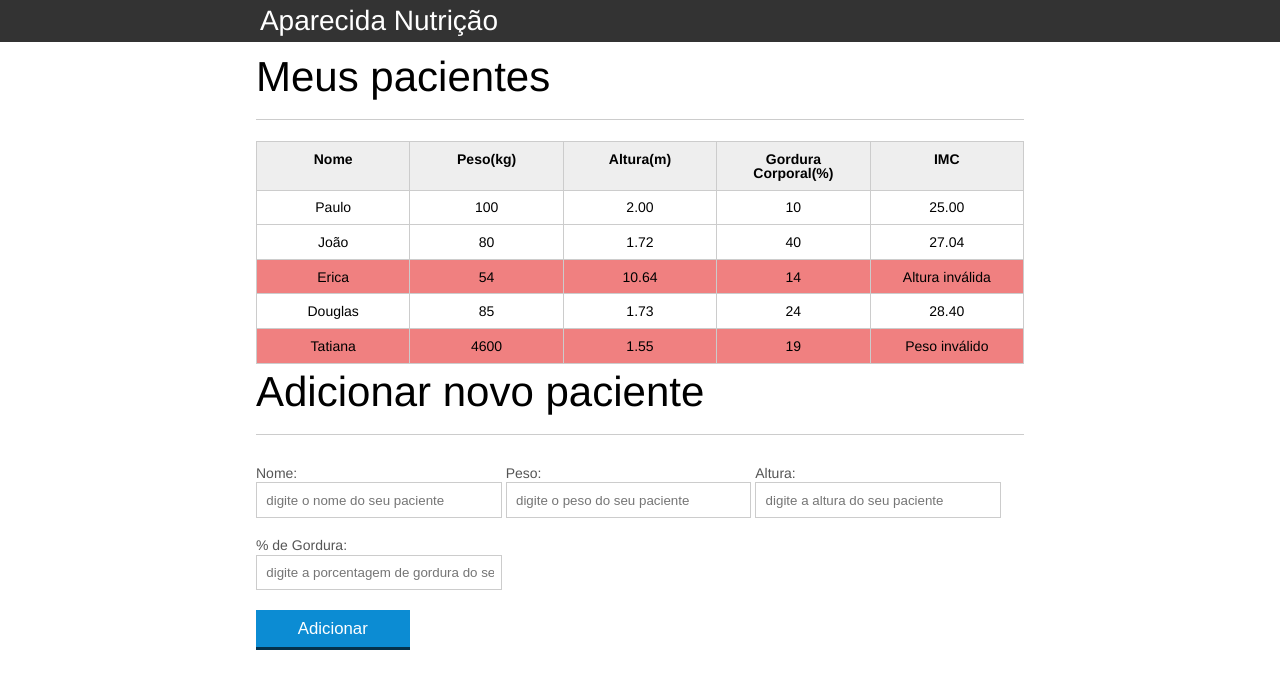
Repository: prof-fernando-alves/introducao-javascript
Page: index.html
The author's editor kept a copy of each file at every save. The page is drawn from the files as they stood at one save, then again after the next save.
The browser window is 1280 px wide. The pictures show the whole page.

Above is the page before, as saved 2021-10-26 21:13:36.

### index.html
<!DOCTYPE html>
<html lang="pt-br">
	<head>
		<meta charset="UTF-8">
		<title>Aparecida Nutrição</title>
		<link rel="icon" href="favicon.ico" type="image/x-icon">
		<link rel="stylesheet" type="text/css" href="css/reset.css">
		<link rel="stylesheet" type="text/css" href="css/index.css">

	</head>
	<body>

		<header>
			<div class="container">
				<h2 class="titulo">Aparecida Nutrição</h2>
			</div>
		</header>
		<main>
			<section class="container">
				<h2>Meus pacientes</h2>
				<table>
					<thead>
						<tr>
							<th>Nome</th>
							<th>Peso(kg)</th>
							<th>Altura(m)</th>
							<th>Gordura Corporal(%)</th>
							<th>IMC</th>
						</tr>
					</thead>
					<tbody id="tabela-pacientes">
						<tr class="paciente" id="primeiro-paciente">
							<td class="info-nome">Paulo</td>
							<td class="info-peso">100</td>
							<td class="info-altura">2.00</td>
							<td class="info-gordura">10</td>
							<td class="info-imc">0</td>
						</tr>

						<tr class="paciente" >
							<td class="info-nome">João</td>
							<td class="info-peso">80</td>
							<td class="info-altura">1.72</td>
							<td class="info-gordura">40</td>
							<td class="info-imc">0</td>
						</tr>

						<tr class="paciente" >
							<td class="info-nome">Erica</td>
							<td class="info-peso">54</td>
							<td class="info-altura">10.64</td>
							<td class="info-gordura">14</td>
							<td class="info-imc">0</td>
						</tr>

						<tr class="paciente">
							<td class="info-nome">Douglas</td>
							<td class="info-peso">85</td>
							<td class="info-altura">1.73</td>
							<td class="info-gordura">24</td>
							<td class="info-imc">0</td>
						</tr>
						<tr class="paciente" >
							<td class="info-nome">Tatiana</td>
							<td class="info-peso">4600</td>
							<td class="info-altura">1.55</td>
							<td class="info-gordura">19</td>
							<td class="info-imc">0</td>
						</tr>
					</tbody>
				</table>

			</section>
		</main>
		<!-- ... -->
		<section class="container">
			<h2 id="titulo-form">Adicionar novo paciente</h2>
			<ul id="mensagens-erro"></ul>
			<form id="form-adiciona">
				<div class="grupo">
					<label for="nome">Nome:</label>
					<input id="nome" name="nome" type="text" placeholder="digite o nome do seu paciente" class="campo">
				</div>
				<div class="grupo">
					<label for="peso">Peso:</label>
					<input id="peso" name="peso" type="text" placeholder="digite o peso do seu paciente" class="campo campo-medio">
				</div>
				<div class="grupo">
					<label for="altura">Altura:</label>
					<input id="altura" name="altura" type="text" placeholder="digite a altura do seu paciente" class="campo campo-medio">
				</div>
				<div class="grupo">
					<label for="gordura">% de Gordura:</label>
					<input id="gordura" type="text" placeholder="digite a porcentagem de gordura do seu paciente" class="campo campo-medio">
				</div>

				<button id="adicionar-paciente" class="botao bto-principal">Adicionar</button>
			</form>
		</section>

		<script src="js/principal.js" ></script>
		<script src="js/calcula-imc.js"></script>

	</body>
</html>

### css/index.css
*{
	box-sizing: border-box;
 }

body{
	font-family: "Helvetica Neue", "Helvetica", Helvetica, Arial, sans-serif;
	font-size: 14px;
}

header{
	background-color: #333;
	height: 3em;
	color: #FFF;
	margin-bottom: 1em;
}

header h1{
	font-size: 2em;
	display:inline-block;
	vertical-align:	middle;
}
header h2{
	font-size: 2em;
	display:inline-block;
	vertical-align:	middle;
}

header .container:before{
	content: '';
	display:inline-block;
	height: 100%;
	vertical-align:	middle;
}

.container{
	width: 60%;
	height: 100%;
	margin: 0 auto;
}

section{
	margin: 2em 0;
	overflow: hidden;
}

section h2{
	font-size: 3em;
	display: block;
	padding-bottom: .5em;
	border-bottom: 1px solid #ccc;
	margin-bottom: .5em;
}

table{
	width: 100%;
	margin-bottom : .5em;
    table-layout: fixed;

}

td, th {
	padding: .7em;
	margin: 0;
	border: 1px solid #ccc;
	text-align: center;
}

th{
	font-weight: bold;
	background-color: #EEE;
}

label{
	color: #555;
	display: block;
	margin-bottom: .2em;
}

.campo{
	margin: 0;
	padding-bottom: 1em;
	width: 100%;
	border: 1px solid #ccc;
	padding: .7em;
	width: 100%;
}

.campo-medio{
	display: inline-block;
	padding-right: .5em;
}

.grupo{
	width: 32%;
	display: inline-block;
	padding: 10px 0px;
}

button{
	padding: .5em 2em;
	border: 0;
	border-bottom: 3px solid;
	font-size: 1.2em;
	cursor: pointer;
	margin: 0;
	margin-top: -3px;
	color: #fff;
	background-color:#0c8cd3;
	border-color: #04324c;
	width: 20%;
    display: block;
    clear: both;
    margin: 10px 0px;

}

button:active{
	margin-top:0px;
	border: 0;
}

button[disabled=disabled], button:disabled {
    background-color: gray;
	border-color: darkgray;

}

.adicionar-paciente{
    margin-top: 30px;
}

.campo-invalido{
	border: 1px solid red;
}

.paciente-invalido{
	background-color : lightcoral;
}

#mensagens-erro{
	color: red;
}

### js/principal.js
    var botaoAdicionar = document.querySelector("#adicionar-paciente")
        botaoAdicionar.addEventListener("click", function(){
            event.preventDefault()
            var form = document.querySelector("#form-adiciona")

            var paciente = obtemPacienteDoFormulario(form)

            var erros = validaPaciente(paciente)
            console.log(erros)

            if (erros.length > 0){
                exibeMensagensDeErro(erros)
                return
            }

            var pacienteTr = montaTr(paciente)

            var tabela = document.querySelector("#tabela-pacientes");

            tabela.appendChild(pacienteTr);
            form.reset()

            var mensagensErro = document.querySelector("#mensagens-erro")
            mensagensErro.innerHTML = ""
        })

    function obtemPacienteDoFormulario(form) {
        var paciente = {
             nome : form.nome.value,
             peso : form.peso.value,
             altura : form.altura.value,
             gordura : form.gordura.value,
             imc: calculaImc(form.peso.value, form.altura.value)
        }
        return paciente
    }

    function montaTr(paciente){
        var pacienteTr = document.createElement("tr");

        pacienteTr.classList.add("paciente")

        pacienteTr.appendChild(montaTd(paciente.nome, "info-nome"))
        pacienteTr.appendChild(montaTd(paciente.peso, "info-peso"))
        pacienteTr.appendChild(montaTd(paciente.altura, "info-altura"))
        pacienteTr.appendChild(montaTd(paciente.gordura, "info-gordura"))
        pacienteTr.appendChild(montaTd(paciente.imc, "info-imc"))

        return pacienteTr
    }

    function montaTd(dado, classe) {
        var td = document.createElement("td")
        td.classList.add(classe)
        td.textContent = dado

        return td
    }

    function validaPaciente(paciente){

        var erros = []

        if (paciente.nome.length == 0){
            erros.push("O campo nome não pode estar em branco")
        }

        if (paciente.gordura.length == 0){
            erros.push("O campo gordura não pode estar em branco")
        }

        if (paciente.peso.length == 0) {
            erros.push("O campo peso não pode estar em branco")
        }

        if (paciente.altura.length == 0) {
            erros.push("O campo altura não pode estar em branco")
        }

        return erros
    }

    function exibeMensagensDeErro(erros){
        var ul = document.querySelector("#mensagens-erro")
        ul.innerHTML = ""

        erros.forEach(function(erro){
            var li = document.createElement("li")
            li.textContent = erro
            ul.appendChild(li)
        })
    }

### js/calcula-imc.js
var pacientes = document.querySelectorAll(".paciente");

for (var i=0; i < pacientes.length; i++){
        var paciente = pacientes[i]

        var tdPeso = paciente.querySelector(".info-peso");
        var peso = tdPeso.textContent;

        var tdAltura = paciente.querySelector(".info-altura");
        var altura = tdAltura.textContent;

        var tdImc = paciente.querySelector(".info-imc");

        var pesoEhValido = true;
        var alturaEhValida = true;

        if (peso <= 0 || peso >= 1000) {
            console.log("Peso inválido!");
            pesoEhValido = false;
            tdImc.textContent = "Peso inválido";
            paciente.classList.add("paciente-invalido")
        }

        if (altura <= 0 || altura >= 3.00) {
            console.log("Altura inválida!");
            alturaEhValida = false;
            tdImc.textContent = "Altura inválida";
            paciente.classList.add("paciente-invalido")

        }

        if (pesoEhValido && alturaEhValida) {
            var imc = calculaImc(peso,altura)
            tdImc.textContent = imc
        }
}
//Aula
function calculaImc (peso,altura){
        var imc = 0;

        imc = peso / (altura * altura);

        return imc.toFixed(2);

    }

    function validaPeso(peso){
        if (peso >= 0 && peso <=300){

        }else {

        }
    }

    function validaAltura(altura){
        if ( altura >= 0 && altura <= 3.00){

        }else {

        }
    }

Loaded but not shown: css/reset.css (common file)

After the next save:
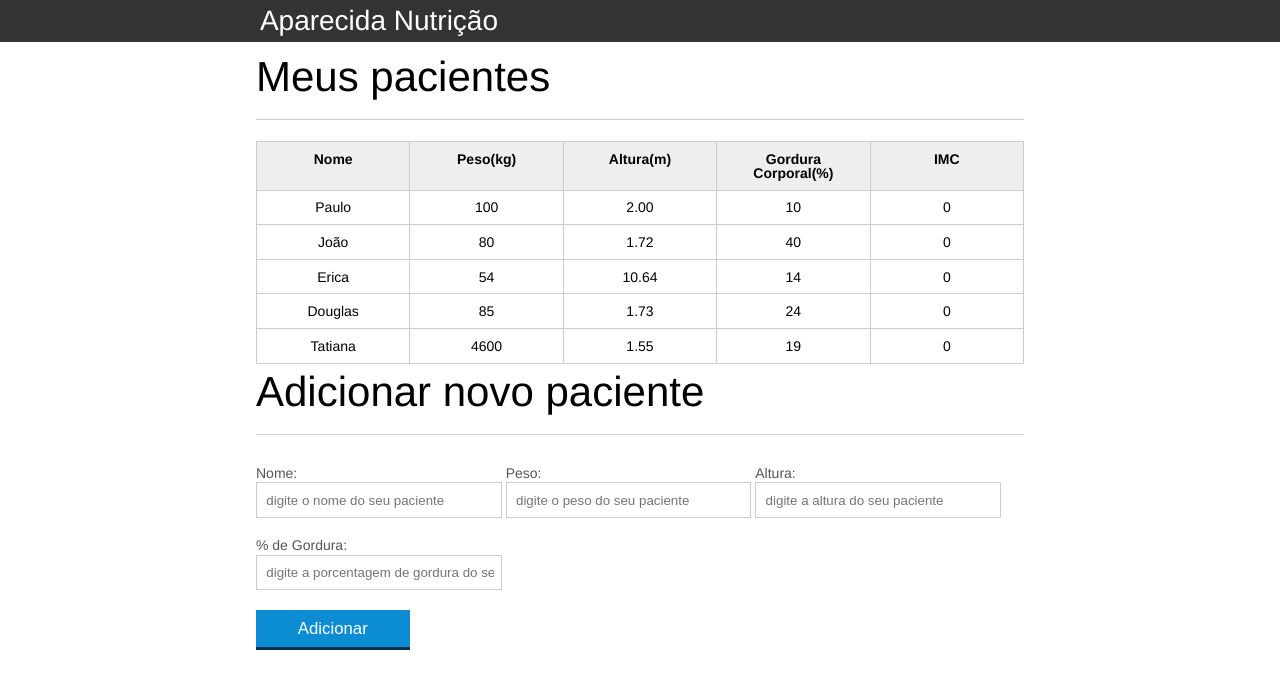
Console error: SyntaxError: Unexpected identifier 'tru'
Saved 102 s later.
--- a/js/calcula-imc.js
+++ b/js/calcula-imc.js
@@ -46,7 +46,7 @@
 
     function validaPeso(peso){
         if (peso >= 0 && peso <=300){
-
+            retur tru
         }else {
 
         }

After the 5 saves that followed:
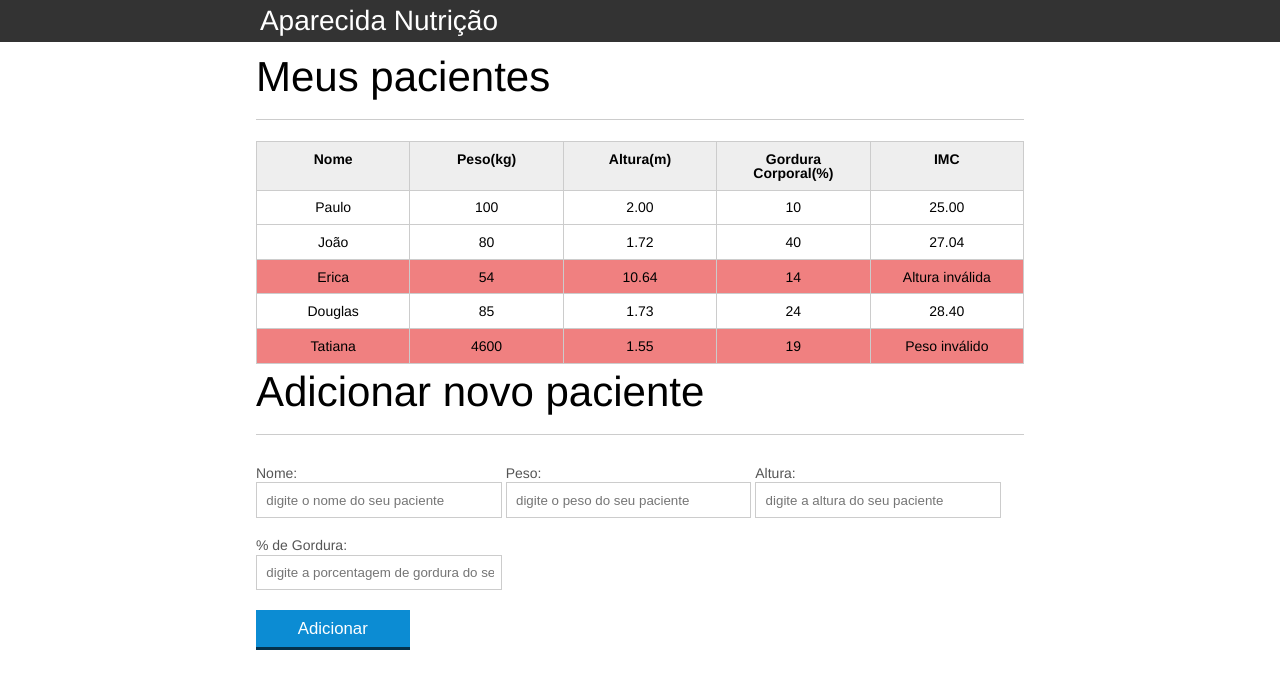
The error is gone.
The 5 saves are shown as one change because they came seconds apart.
The last was saved 14 s later.
--- a/js/calcula-imc.js
+++ b/js/calcula-imc.js
@@ -46,7 +46,7 @@
 
     function validaPeso(peso){
         if (peso >= 0 && peso <=300){
-            retur tru
+            return true
         }else {
 
         }
